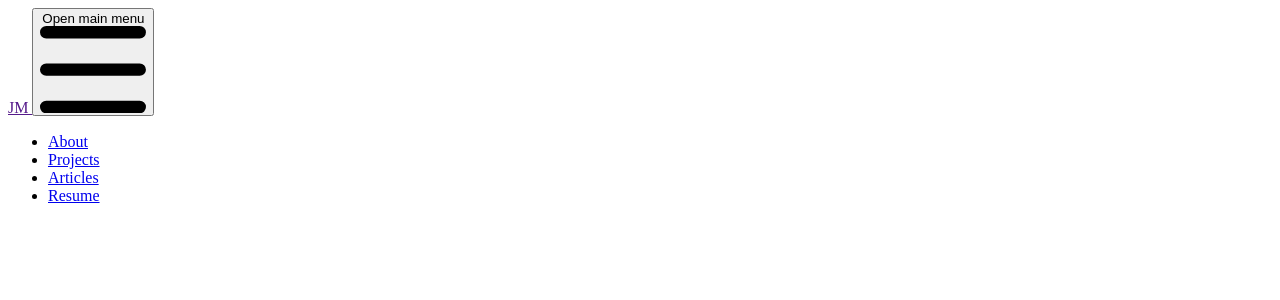
Repository: JoshMance/JoshMance.github.io
Page: src/components/navbar.html
An editor plug-in stored every save of this project. The page is shown before and after the next save, followed by the edit.
The browser window is 1280 px wide. The pictures show the whole page.

Above is the page before, as saved 2024-08-26 10:49:59.

After the next save:
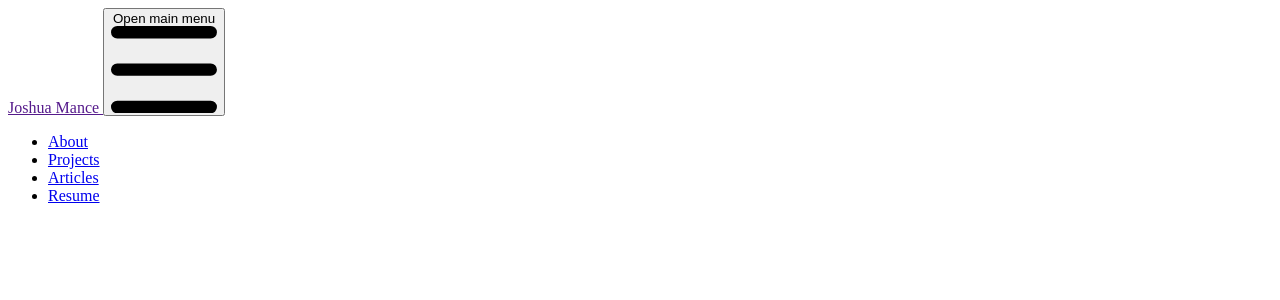
Saved 35 s later.
--- a/src/components/navbar.html
+++ b/src/components/navbar.html
@@ -1,7 +1,7 @@
 <nav class="navbar sticky top-0 p-3 m-0">
   <div class="max-w-screen-3xl flex flex-wrap items-start justify-between mx-auto px-4">
     <a href="" class="flex items-center space-x-5 rtl:space-x-reverse">
-        <span class="rounded-corners self-center text-3xl py-2 whitespace-nowrap text-accent">  JM </span>
+        <span class="rounded-corners self-center text-3xl py-2 whitespace-nowrap text-accent">  Joshua Mance </span>
     </a>
     <button data-collapse-toggle="navbar-default" type="button" class="inline-flex items-center p-2 w-10 h-10 justify-center text-sm text-gray-500 rounded-lg md:hidden hover:bg-gray-100 focus:outline-none focus:ring-2 focus:ring-gray-200 dark:text-gray-400 dark:hover:bg-gray-700 dark:focus:ring-gray-600" aria-controls="navbar-default" aria-expanded="false">
         <span class="sr-only">Open main menu</span>
